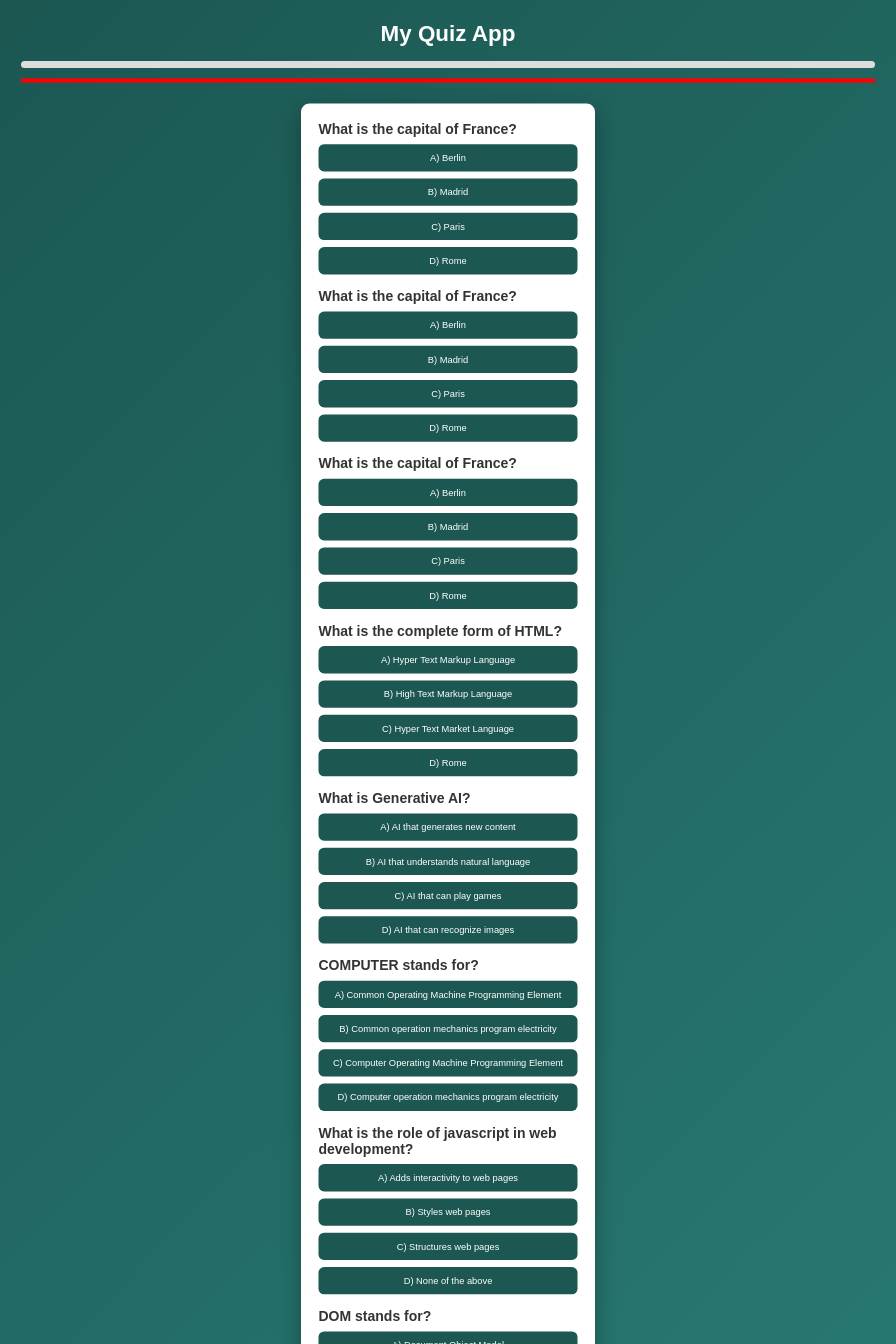
Repository: fatimaqueen9967-eng/SyntacexhubQuizApp
Page: index.html
The author's editor kept a copy of each file at every save. The page is drawn from the files as they stood at one save, then again after a run of saves.
The browser window is 1280 px wide. The pictures show the part of the page from y = 0 to 1920 px (the page is 3676 px tall before and 720 px after), at 70% of full size.

Above is the page before, as saved 2026-03-15 06:57:07.

### index.html
<!DOCTYPE html>
<html lang="en">
<head>
    <meta charset="UTF-8">
    <meta name="viewport" content="width=device-width, initial-scale=1.0">
    <title>QUIZ APP</title>
    <link rel="stylesheet" href="style.css">
</head>
<body>
    <h1>My Quiz App</h1>
<div class="progress-container">
<div class="progress-bar" id="progress"></div>
</div>

<div class="timer" id="timer"></div>

<div id="message"></div>

    <div class="box">
        <div class="question">
            <p>What is the capital of France?</p>
        </div>
        <div class="options">
            <button>A) Berlin</button>
            <button>B) Madrid</button>
            <button>C) Paris</button>
            <button>D) Rome</button>
        </div>
        <div class="question">
            <p>What is the capital of France?</p>
        </div>
        <div class="options">
            <button>A) Berlin</button>
            <button>B) Madrid</button>
            <button>C) Paris</button>
            <button>D) Rome</button>
        </div>
        <div class="question">
            <p>What is the capital of France?</p>
        </div>
        <div class="options">
            <button>A) Berlin</button>
            <button>B) Madrid</button>
            <button>C) Paris</button>
            <button>D) Rome</button>
        </div>
        <div class="question">
            <p>What is the complete form of HTML?</p>
        </div>
        <div class="options">
            <button>A) Hyper Text Markup Language</button>
            <button>B) High Text Markup Language</button>
            <button>C) Hyper Text Market Language</button>
            <button>D) Rome</button>
        </div>
        <div class="question">
            <p>What is Generative AI?</p>
        </div>
        <div class="options">
            <button>A) AI that generates new content</button>
            <button>B) AI that understands natural language</button>
            <button>C) AI that can play games</button>
            <button>D) AI that can recognize images</button>
        </div>
        <div class="question">
            <p>COMPUTER stands for?</p>
        </div>
        <div class="options">
            <button>A) Common Operating Machine Programming Element</button>
            <button>B) Common operation mechanics program electricity</button>
            <button>C) Computer Operating Machine Programming Element</button>
            <button>D) Computer operation mechanics program electricity</button>
        </div>
        <div class="question">
        <p>What is the role of javascript in web development?</p>
    </div>
    <div class="options">
        <button>A) Adds interactivity to web pages</button>
        <button>B) Styles web pages</button>
        <button>C) Structures web pages</button>
        <button>D) None of the above</button>
    </div>
        <div class="question">
        <p>DOM stands for?</p>
    </div>
    <div class="options">
        <button>A) Document Object Model</button>
        <button>B) Data Object Model</button>
        <button>C) Document Oriented Model</button>
        <button>D) Data Oriented Model</button>
    </div>
        <div class="question">
        <p>what is CSS?</p>
    </div>
    <div class="options">
        <button>A) CSS is a language used in web development in order to style web pages</button>
        <button>B) Body of a page</button>
        <button>C) Head of a page</button>
        <button>D) None of the above</button>
    </div>
        <div class="question">
        <p>what does CreateElement do in javascript?</p>
    </div>
    <div class="options">
        <button>A) Creates a new HTML element</button>
        <button>B) Removes an existing HTML element</button>
        <button>C) Modifies an existing HTML element</button>
        <button>D) None of the above</button>
    </div>
        <div class="question">
        <p>what is the use of addEventListener in javascript?</p>
    </div>
    <div class="options">
        <button>A) Adds an event listener to an HTML element</button>
        <button>B) Removes an event listener from an HTML element</button>
        <button>C) Modifies an event listener on an HTML element</button>
        <button>D) None of the above</button>
    </div>

        <div class="question">
        <p>Who is the founder of Microsoft?</p>
    </div>
    <div class="options">
        <button>A) Steve Jobs</button>
        <button>B) Bill Gates</button>
        <button>C) Mark Zuckerberg</button>
        <button>D) Elon Musk</button>
    </div>
        <div class="question">
        <p>What is Bootstrap?</p>
    </div>
    <div class="options">
        <button>A) A CSS framework</button>
        <button>B) A JavaScript library</button>
        <button>C) A front-end framework</button>
        <button>D) A back-end framework</button>
    </div>
        <div class="question">
        <p>what is the full form of CSS?</p>
    </div>
    <div class="options">
        <button>A) Cascading Style Sheets</button>
        <button>B) Computer Style Sheets</button>
        <button>C) Creative Style Sheets</button>
        <button>D) Colorful Style Sheets</button>
    </div>
    </div>

sc
</body>
</html>

### style.css
*{
margin:0;
padding:0;
box-sizing:border-box;
font-family: Arial, sans-serif;
}

body{
background: linear-gradient(135deg,#1c5752,#2d8a82);
min-height:100vh;
display:flex;
flex-direction:column;
align-items:center;
padding:30px;
color:white;
}

/* Heading */

h1{
margin-bottom:20px;
animation:fadeDown 1s ease;
}

/* Quiz Box */

.box{
background:white;
color:#333;
padding:25px;
border-radius:12px;
width:420px;
max-width:95%;
box-shadow:0 10px 30px rgba(0,0,0,0.3);
}

/* Questions */

.question{
font-size:20px;
font-weight:bold;
margin-bottom:10px;
}

/* Options */

.options{
display:flex;
flex-direction:column;
gap:10px;
margin-bottom:20px;
}

.options button{
padding:12px;
border:none;
border-radius:8px;
background:#1c5752;
color:white;
cursor:pointer;
transition:0.3s;
}

.options button:hover{
background:#14433f;
transform:scale(1.05);
}

.correct{
background:green !important;
}

.wrong{
background:red !important;
}

/* Appreciation text */

#message{
text-align:center;
font-weight:bold;
margin-top:10px;
font-size:18px;
}

/* Progress Bar */

.progress-container{
width:100%;
background:#ddd;
border-radius:20px;
margin-bottom:15px;
overflow:hidden;
}

.progress-bar{
height:10px;
background:#1c5752;
width:0%;
transition:0.4s;
}

/* Timer */

.timer{
height:6px;
background:red;
width:100%;
margin-bottom:20px;
transition:width 1s linear;
}

/* Animations */

@keyframes fadeDown{
from{
opacity:0;
transform:translateY(-20px);
}
to{
opacity:1;
transform:translateY(0);
}
}

/* Responsive */

@media(max-width:500px){

.box{
width:100%;
padding:20px;
}

.question{
font-size:18px;
}

}

### script.js
const questions = document.querySelectorAll(".question");
const options = document.querySelectorAll(".options");
const buttons = document.querySelectorAll(".options button");

const progress = document.getElementById("progress");
const timerBar = document.getElementById("timer");
const message = document.getElementById("message");

let current = 0;
let score = 0;
let time = 30;
let timer;

/* Correct answers */

const answers = [
"C) Paris",
"C) Paris",
"C) Paris",
"A) Hyper Text Markup Language",
"A) AI that generates new content",
"A) Common Operating Machine Programming Element",
"A) Adds interactivity to web pages",
"A) Document Object Model",
"A) CSS is a language used in web development in order to style web pages",
"A) Creates a new HTML element",
"A) Adds an event listener to an HTML element",
"B) Bill Gates",
"C) A front-end framework",
"A) Cascading Style Sheets"
];

/* Hide all questions */

function showQuestion(index){

questions.forEach(q => q.style.display="none");
options.forEach(o => o.style.display="none");

questions[index].style.display="block";
options[index].style.display="flex";

updateProgress();
startTimer();

}

/* Progress bar */

function updateProgress(){

let percent = ((current)/questions.length)*100;
progress.style.width = percent + "%";

}

/* Timer */

function startTimer(){

clearInterval(timer);

time = 30;

timerBar.style.width="100%";

timer = setInterval(()=>{

time--;

timerBar.style.width = (time/30)*100 + "%";

if(time<=0){

clearInterval(timer);
nextQuestion();

}

},1000);

}

/* Check answer */

buttons.forEach(btn=>{

btn.addEventListener("click",function(){

clearInterval(timer);

let userAnswer = this.innerText;

if(userAnswer === answers[current]){

this.classList.add("correct");
score++;

message.innerText = "🔥 Wow Very Nice!";

}else{

this.classList.add("wrong");
message.innerText = "🙂 Good Try!";

}

setTimeout(()=>{

message.innerText="";
nextQuestion();

},1500);

});

});

/* Next Question */

function nextQuestion(){

current++;

if(current < questions.length){

showQuestion(current);

}else{

showResult();

}

}

/* Final Score */

function showResult(){

document.querySelector(".box").innerHTML = `

<h2>🎉 Quiz Completed!</h2>

<h3>Your Score: ${score} / ${questions.length}</h3>

<p>Great job! Keep learning 🚀</p>

`;

}

/* Start quiz */

showQuestion(current);

After the next 2 saves:
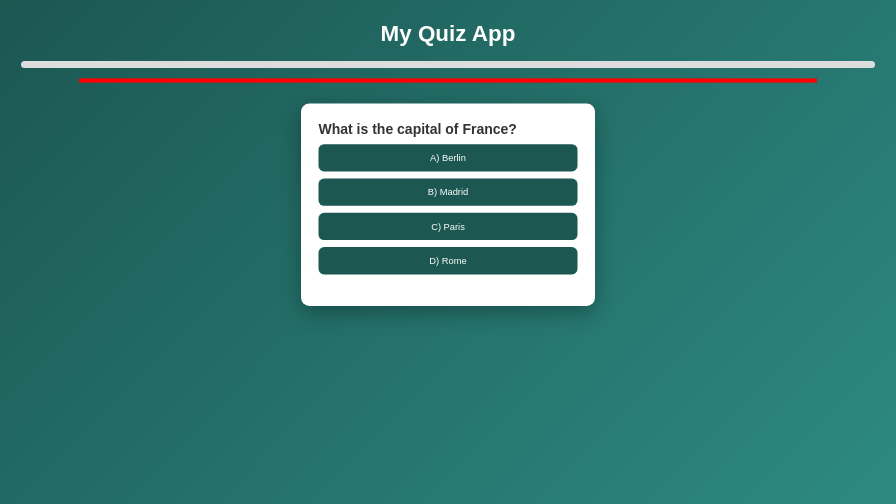
The 2 saves are shown as one change because they came seconds apart.
The last was saved 8 s later.
--- a/index.html
+++ b/index.html
@@ -146,6 +146,6 @@
     </div>
     </div>
 
-sc
+<script src="script.js"></script>
 </body>
 </html>
